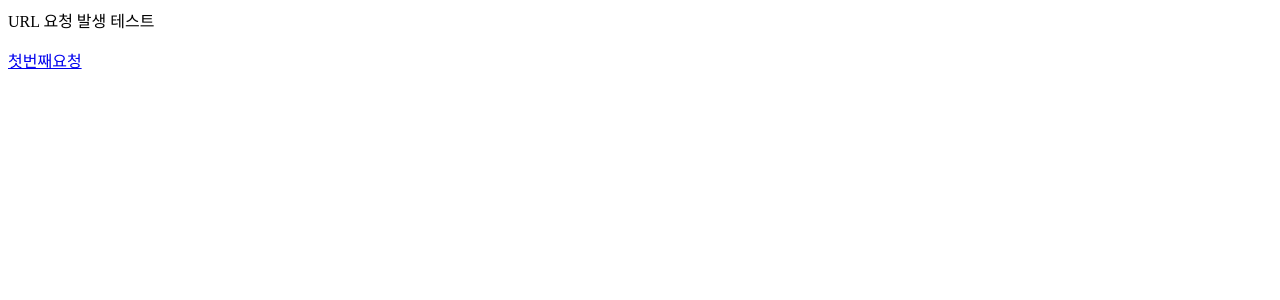
Repository: HyeongWook22/JSP
Page: jsp_example/src/main/webapp/index.html
An editor plug-in stored every save of this project. The page is shown before and after the next save, followed by the edit.
The browser window is 1280 px wide. The pictures show the whole page.

Above is the page before, as saved 2024-10-07 06:07:00.

After the next save:
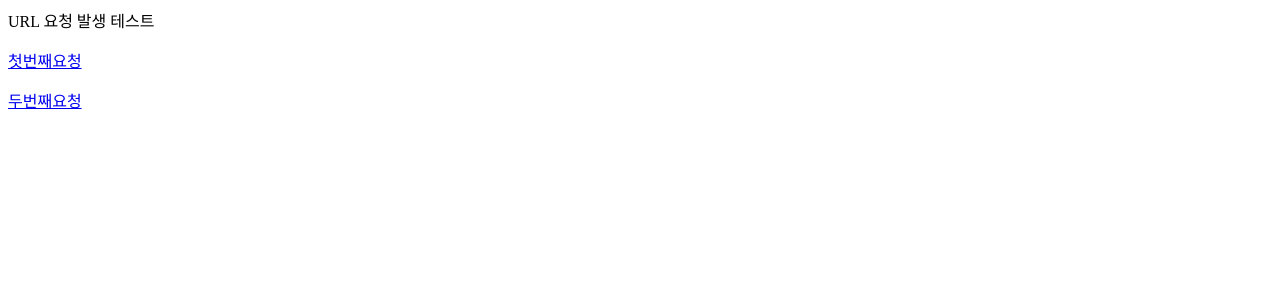
Saved 2 min 35 s later.
--- a/jsp_example/src/main/webapp/index.html
+++ b/jsp_example/src/main/webapp/index.html
@@ -11,5 +11,11 @@ URL 요청 발생 테스트
 	    <!-- http://localhost:8080/jsp_example/first -->
 		<a href ="first">첫번째요청</a>
 	</p>
+
+	<p>
+		<!-- step 1. URL 만들기 -->
+	    <!-- http://localhost:8080/jsp_example/second -->
+		<a href ="second">두번째요청</a>
+	</p>
 </body>
 </html>
